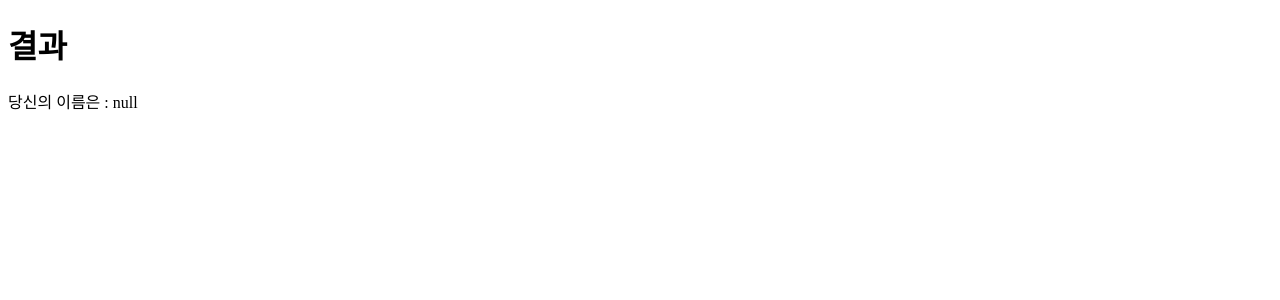
Repository: pro-hk/jsp
Page: http://localhost/chap04/research_ok.jsp
The author's editor kept a copy of each file at every save. The page is drawn from the files as they stood at one save, then again after the next save.
The browser window is 1280 px wide. The pictures show the whole page.
The page is served by Tomcat 9.

Above is the page before, as saved 2022-01-24 03:09:31.

After the next save:
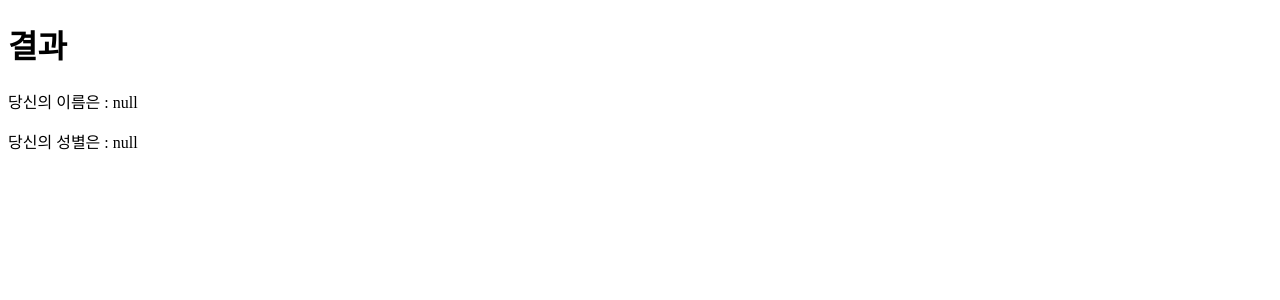
Saved 67 s later.
--- a/chap04/src/main/webapp/research_ok.jsp
+++ b/chap04/src/main/webapp/research_ok.jsp
@@ -11,7 +11,10 @@
 	<%
 	request.setCharacterEncoding("utf-8");
 	String user_name = request.getParameter("user_name");
+	String gender = request.getParameter("gender");
 	out.println("<p>당신의 이름은 : "+user_name+"</p>");
+	out.println("<p>당신의 성별은 : "+gender+"</p>");
+
 	%>
 </body>
 </html>
